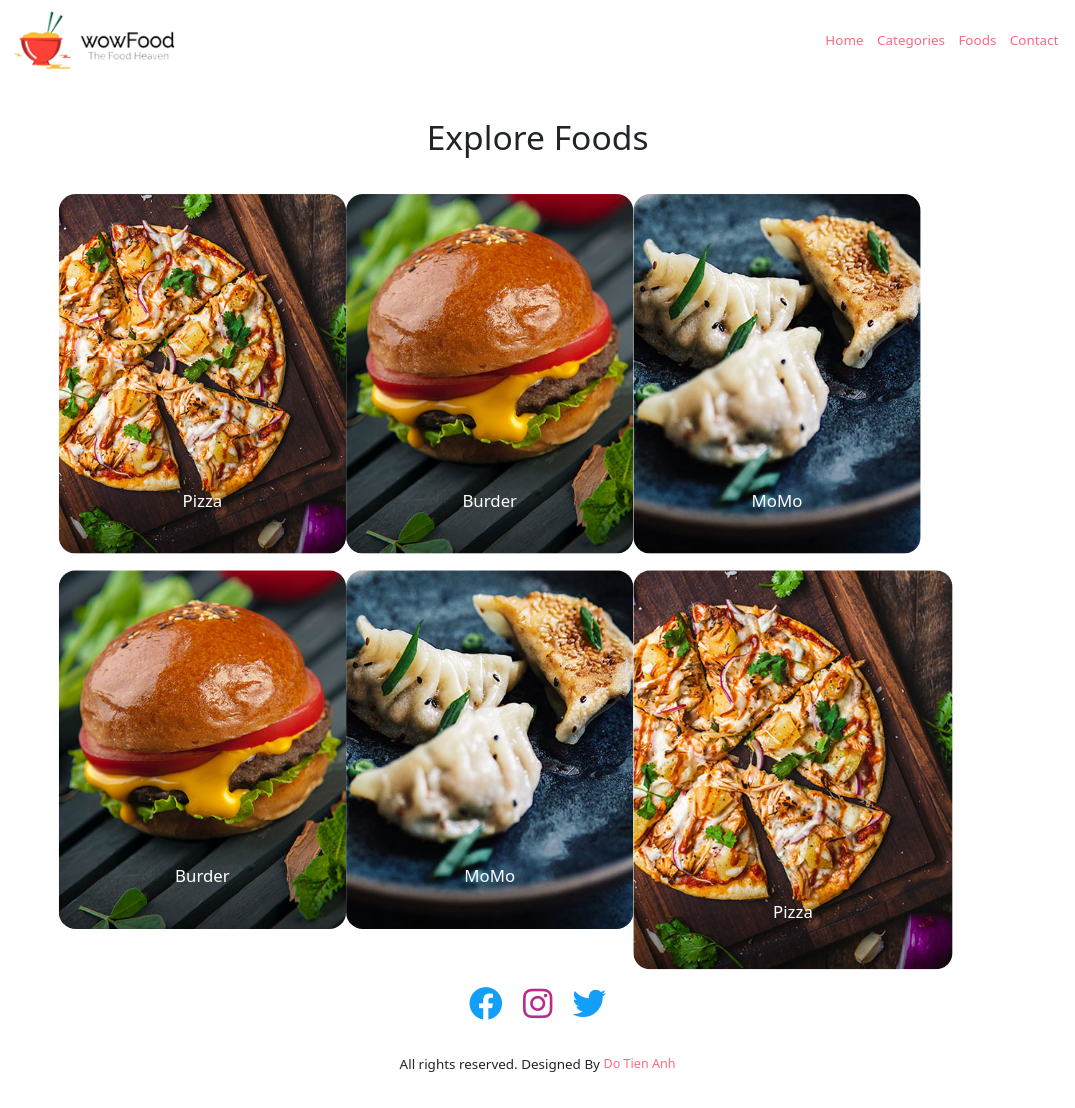
Repository: ruaruababa/RestaurantBS5
Page: http://localhost/html/categories.php
These files come from the project's save history. The page is drawn as it stood at one moment and after the next save; the edit follows.
The browser window is 1280 px wide. The pictures show the whole page, at 84% of full size.
The page is run by PHP 8.4 with error messages shown; the project is at /var/www/html/.

Above is the page before, as saved 2021-09-26 21:52:38.

After the next save:
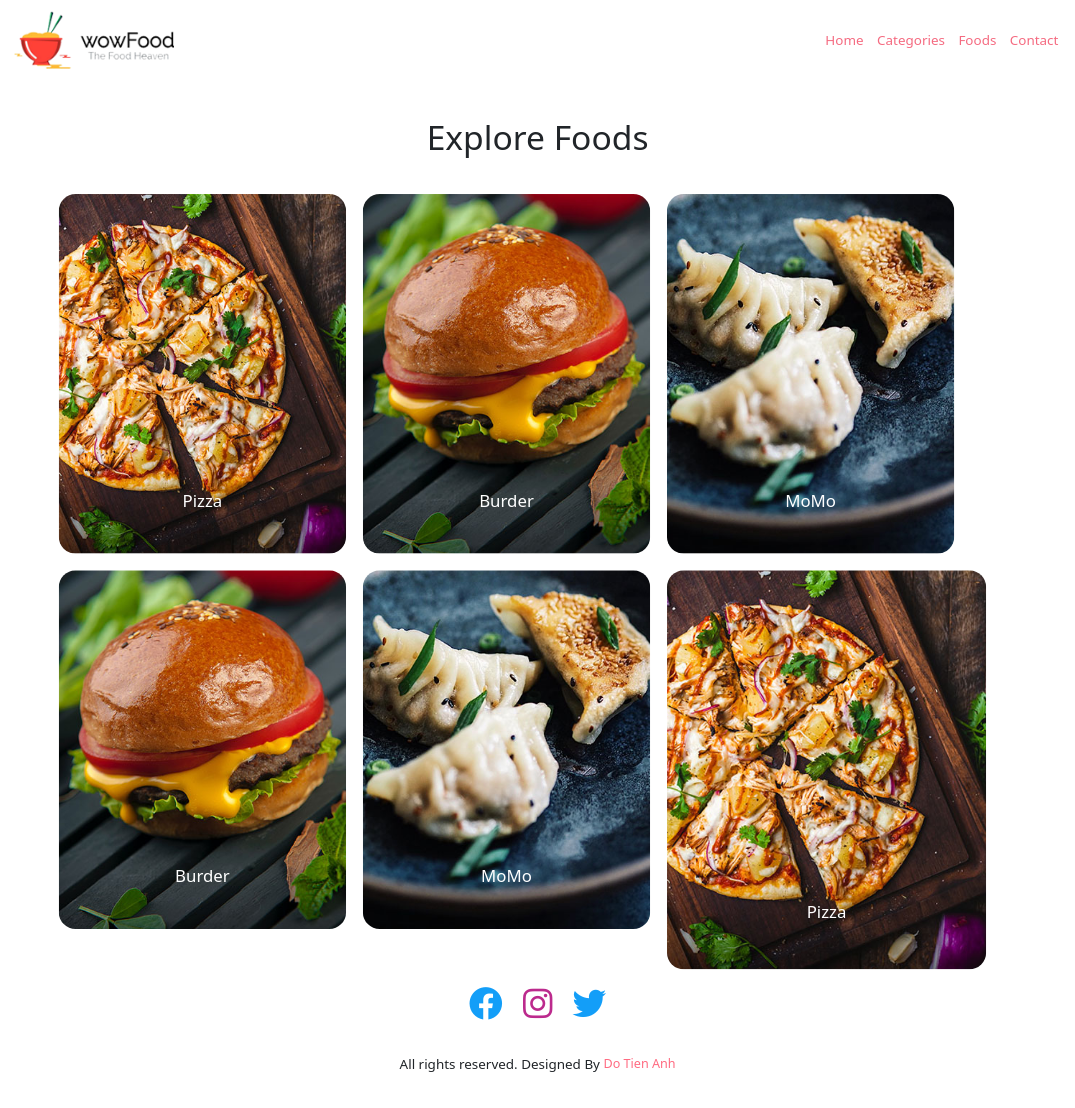
Saved 41 s later.
--- a/html/categories.php
+++ b/html/categories.php
@@ -51,7 +51,7 @@
         <div class="slider__explorefoods">
             <h3 class="slider__heading">Explore Foods</h3>
             <div class="container">
-                <div class="row hover-blur" style="row-gap: 20px;">
+                <div class="row hover-blur" style="gap: 20px;">
                     <!-- row1 -->
                     <div class=" col-lg-4 col-md-6 col-6 hover-blur-item col-collection">
                         <div class="slider__images-title">
